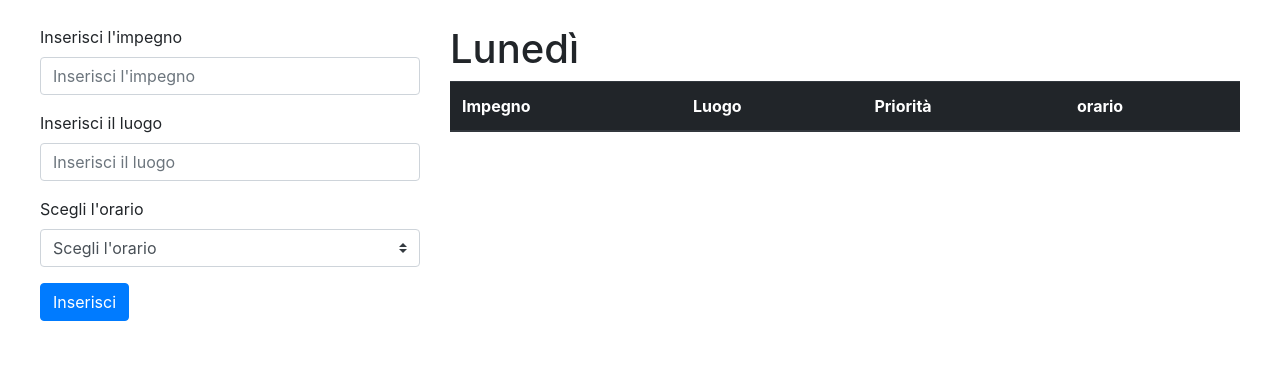
Repository: robertobellardi/eclipse
Page: Agenda/WebContent/index.html
These files come from the project's save history. The page is drawn as it stood at one moment and after the next save; the edit follows.
The browser window is 1280 px wide. The pictures show the whole page.
Some web libraries are served in a nearby version.

Above is the page before, as saved 2020-01-24 10:36:13.

### Agenda/WebContent/index.html
<!DOCTYPE html>
<html>
<head>
<meta charset="utf-8">
<link rel="stylesheet" href="https://maxcdn.bootstrapcdn.com/bootstrap/4.0.0/css/bootstrap.min.css" integrity="sha384-Gn5384xqQ1aoWXA+058RXPxPg6fy4IWvTNh0E263XmFcJlSAwiGgFAW/dAiS6JXm" crossorigin="anonymous">
<script src="assets/JQuery.js"></script>
<script src="https://cdnjs.cloudflare.com/ajax/libs/popper.js/1.12.9/umd/popper.min.js" integrity="sha384-ApNbgh9B+Y1QKtv3Rn7W3mgPxhU9K/ScQsAP7hUibX39j7fakFPskvXusvfa0b4Q" crossorigin="anonymous"></script>
<script src="https://maxcdn.bootstrapcdn.com/bootstrap/4.0.0/js/bootstrap.min.js" integrity="sha384-JZR6Spejh4U02d8jOt6vLEHfe/JQGiRRSQQxSfFWpi1MquVdAyjUar5+76PVCmYl" crossorigin="anonymous"></script>

<script src="assets/javascript.js" type="text/javascript"></script>
<link rel="stylesheet" href="assets/custom.css">

<title>Agenda</title>
</head>
<body>

	<div class="row inputAgenda">
		<div class="col-4">
		  	<form>
			  <div class="form-group">
			    <label for="impegno">Inserisci l'impegno</label>
			    <input type="text" class="form-control" id="impegno" placeholder="Inserisci l'impegno">
			  </div>

			  <div class="form-group">
			    <label for="luogo">Inserisci il luogo</label>
			    <input type="text" class="form-control" id="luogo" placeholder="Inserisci il luogo">
			  </div>

			  <div class="form-group">
			      <label for="orario">Scegli l'orario</label>
			      <select class="custom-select" id="orario">
				    <option selected>Scegli l'orario</option>
				    <option value="0">8:00 - 9:00</option>
				    <option value="1">9:00 - 10:00</option>
				    <option value="2">10:00 - 11:00</option>
				    <option value="3">11:00 - 12:00</option>
				    <option value="4">12:00 - 13:00</option>
				    <option value="5">13:00 - 14:00</option>
				    <option value="6">14:00 - 15:00</option>
				    <option value="7">15:00 - 16:00</option>
				    <option value="8">16:00 - 17:00</option>
				    <option value="9">17:00 - 18:00</option>
		  		</select>
	   		</div>
			  <button id="inserisci" type="button" class="btn btn-primary">Inserisci</button>
			</form>
		</div>

		<div class="col-8">
		<h1>Lunedì</h1>
			<table class="table table-striped table-dark">
		  		<thead>
			    	<tr>
				      <th scope="col">Impegno</th>
				      <th scope="col">Luogo</th>
				      <th scope="col">Priorità</th>
				      <th scope="col">orario</th>
			    	</tr>
		  		</thead>
		  		<tbody id="tablebody">

		  		</tbody>
			</table>
		</div>
	</div>

</body>
</html>

### Agenda/WebContent/assets/custom.css
.inputAgenda{
	margin: 25px;
}

Loaded but not shown: Agenda/WebContent/assets/JQuery.js (library); Agenda/WebContent/assets/javascript.js (no copy from this time; the picture is the same without it)

After the next save:
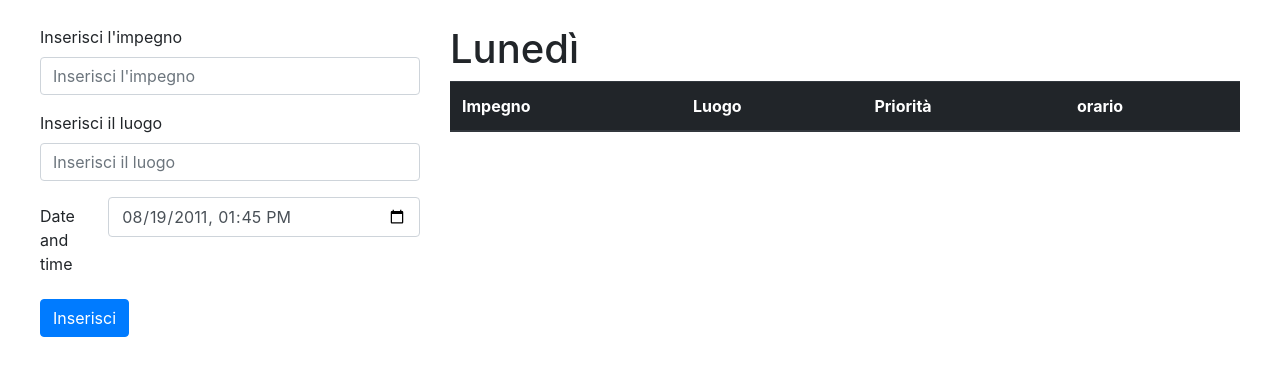
Saved 4 min 55 s later.
--- a/Agenda/WebContent/index.html
+++ b/Agenda/WebContent/index.html
@@ -27,22 +27,12 @@
 			    <input type="text" class="form-control" id="luogo" placeholder="Inserisci il luogo">
 			  </div>
 
-			  <div class="form-group">
-			      <label for="orario">Scegli l'orario</label>
-			      <select class="custom-select" id="orario">
-				    <option selected>Scegli l'orario</option>
-				    <option value="0">8:00 - 9:00</option>
-				    <option value="1">9:00 - 10:00</option>
-				    <option value="2">10:00 - 11:00</option>
-				    <option value="3">11:00 - 12:00</option>
-				    <option value="4">12:00 - 13:00</option>
-				    <option value="5">13:00 - 14:00</option>
-				    <option value="6">14:00 - 15:00</option>
-				    <option value="7">15:00 - 16:00</option>
-				    <option value="8">16:00 - 17:00</option>
-				    <option value="9">17:00 - 18:00</option>
-		  		</select>
-	   		</div>
+			  <div class="form-group row">
+				  <label for="example-datetime-local-input" class="col-2 col-form-label">Date and time</label>
+				  <div class="col-10">
+				    <input class="form-control" type="datetime-local" value="2011-08-19T13:45:00" id="example-datetime-local-input">
+				  </div>
+				</div>
 			  <button id="inserisci" type="button" class="btn btn-primary">Inserisci</button>
 			</form>
 		</div>
